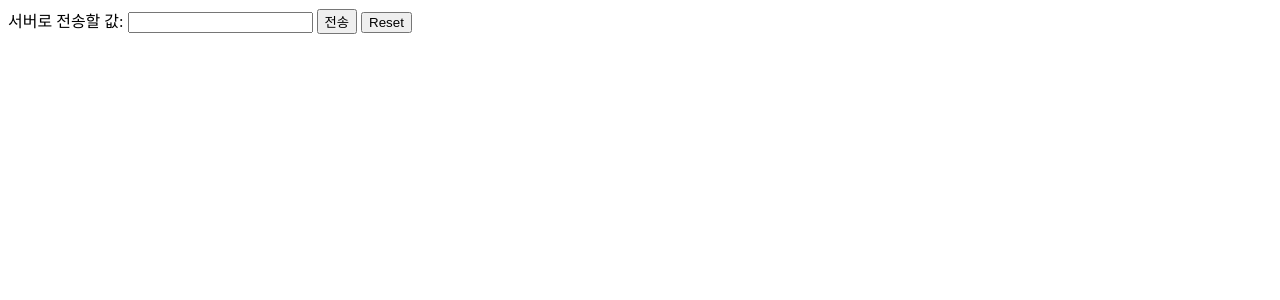
Repository: percussion8/jsp-servlet
Page: 1012/WebContent/echo.html
These files come from the project's save history. The page is drawn as it stood at one moment and after the next save; the edit follows.
The browser window is 1280 px wide. The pictures show the whole page.

Above is the page before, as saved 2020-10-12 07:21:37.

After the next save:
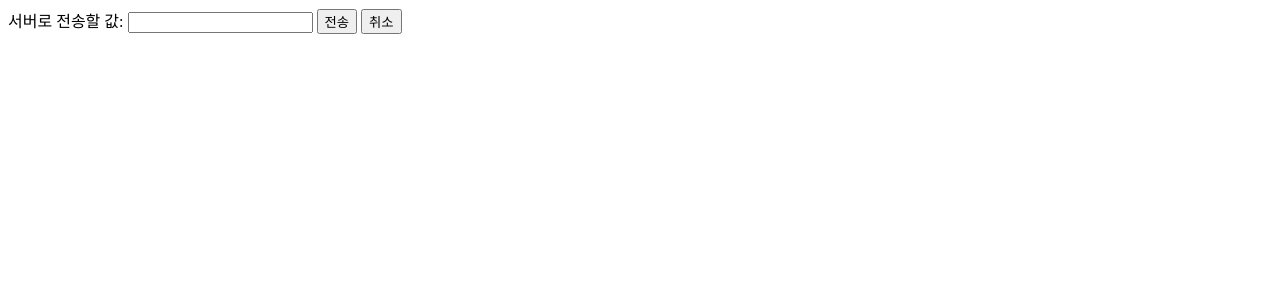
Saved 15 s later.
--- a/1012/WebContent/echo.html
+++ b/1012/WebContent/echo.html
@@ -8,7 +8,7 @@
 	<form action="echo.jsp" method="post">
 		서버로 전송할 값: <input type="text" name="msg">
 		<input type="submit" value="전송">
-		<input type="reset" vlaue="취소">
+		<input type="reset" value="취소">
 	</form>
 </body>
 </html>
